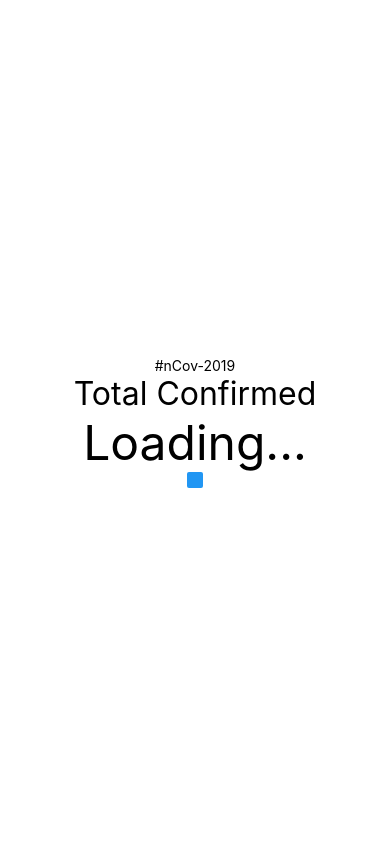
Repository: 0x77dev/coronavirus
Screen: /
The author's editor kept a copy of each file at every save. The screen is drawn from the files as they stood at one save, then again after the next save.
The page's requests for data from a server got no answer. The app was drawn by React Native's web renderer in a window 390 px wide. The project was rebuilt for these pictures with package versions that can differ from the ones it lists, and the page was loaded fresh each time. No one was signed in, and anything a server would have sent is missing.

Above is the screen before, as saved 2020-03-13 17:57:09.

After the next save:
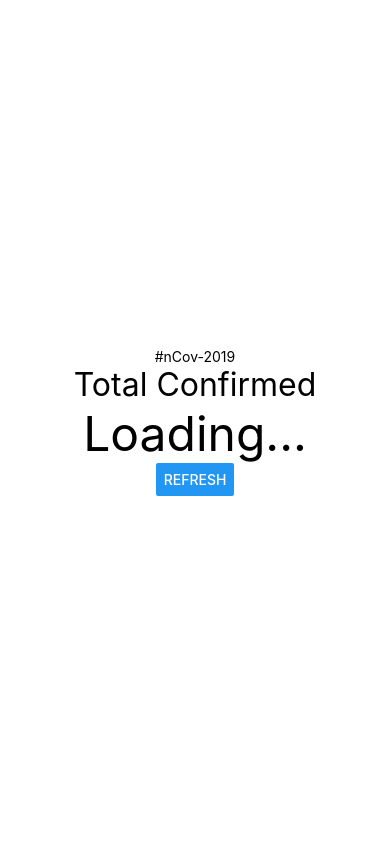
Saved 4 s later.
--- a/App.tsx
+++ b/App.tsx
@@ -16,7 +16,7 @@ export default class App extends React.Component {
         <Text style={{ fontSize: 14 }}>#nCov-2019</Text>
         <Text style={{ fontSize: 32 }}>Total Confirmed</Text>
         <Text style={{ fontSize: 48 }}>{this.state.totalConfirmed}</Text>
-        <Button title="" onPress={this.componentDidMount}>Refresh</Button>
+        <Button title="Refresh" onPress={this.componentDidMount}>Refresh</Button>
       </View>
     );
   }
